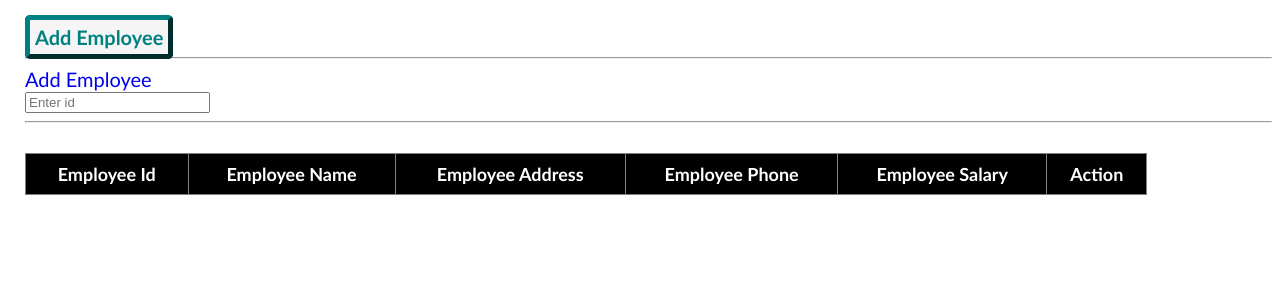
Repository: prieeyatambe/priyatambe_SpringMavenHibernate
Page: http://localhost/Project/WEB-INF/view/list.jsp
These files come from the project's save history. The page is drawn as it stood at one moment and after the next save; the edit follows.
The browser window is 1280 px wide. The pictures show the whole page.
The page is served by Tomcat 9. Nobody is signed in. The template is opened directly, without the code that normally fills it, so the values that code supplies are empty.

Above is the page before, as saved 2024-03-06 10:01:31.

After the next save:
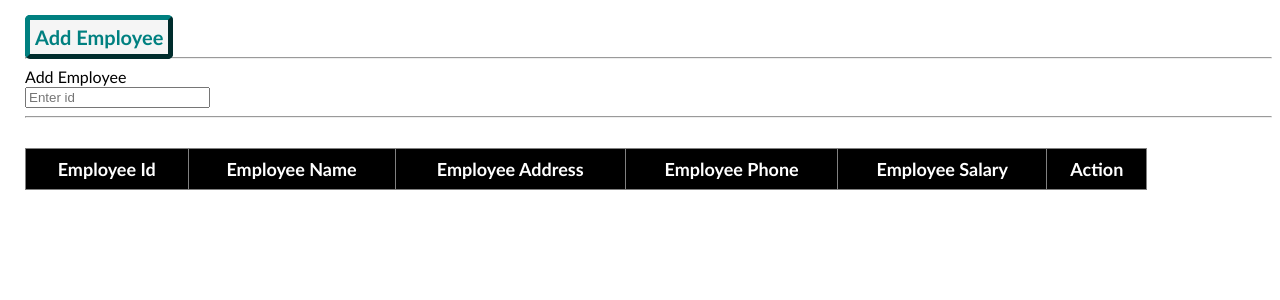
Saved 54 s later.
--- a/SpringMaven/mavenproject/Project/src/main/webapp/WEB-INF/view/list.jsp
+++ b/SpringMaven/mavenproject/Project/src/main/webapp/WEB-INF/view/list.jsp
@@ -76,7 +76,7 @@ td{
 
 <a href="addEmp" class="link-button">Add Employee</a><br>
 <hr>
-<a href="fetch" class="fetch-emp">Add Employee</a><br>
+<span class="fetch-emp">Add Employee</span><br>
 	<form action="fetchEmp" method="get">
 		<input type="number" placeholder="Enter id">
 	</form>
